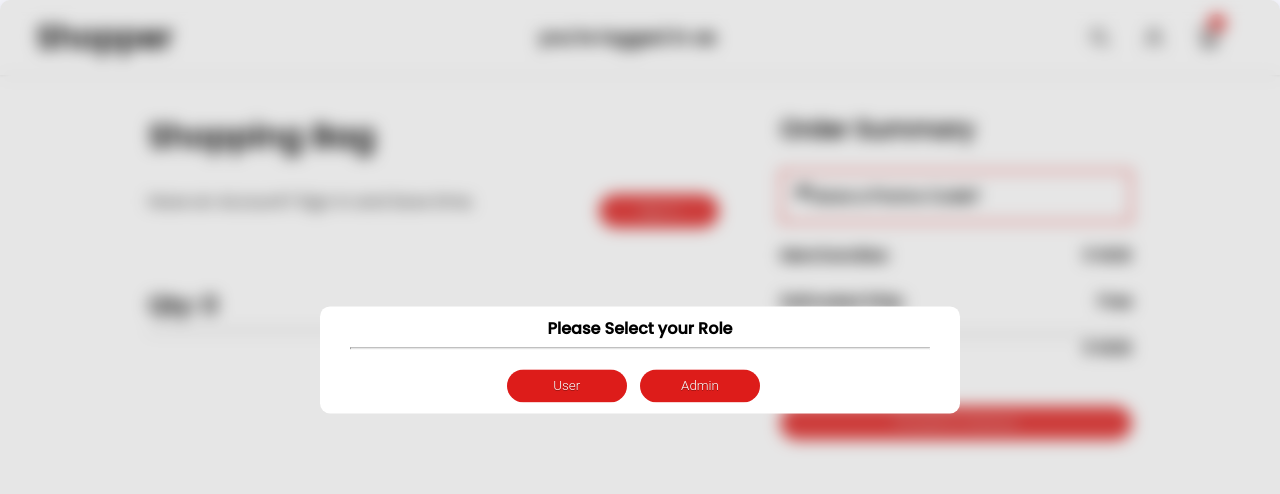
Repository: coolronts/aize-project
Page: /cart
These files come from the project's save history. The page is drawn as it stood at one moment and after the next save; the edit follows.
The browser window is 1280 px wide. The pictures show the whole page.
The project was rebuilt for these pictures with package versions that can differ from the ones it lists, and the page was loaded fresh each time. Also part of the build but not shown: src/App.css, src/components/CartItem/CartItem.tsx, src/components/Card/Card.tsx, src/pages/Shop/shop.module.css, src/pages/Shop/Shop.tsx.

Above is the page before, as saved 2021-09-15 12:24:43.

After the next save:
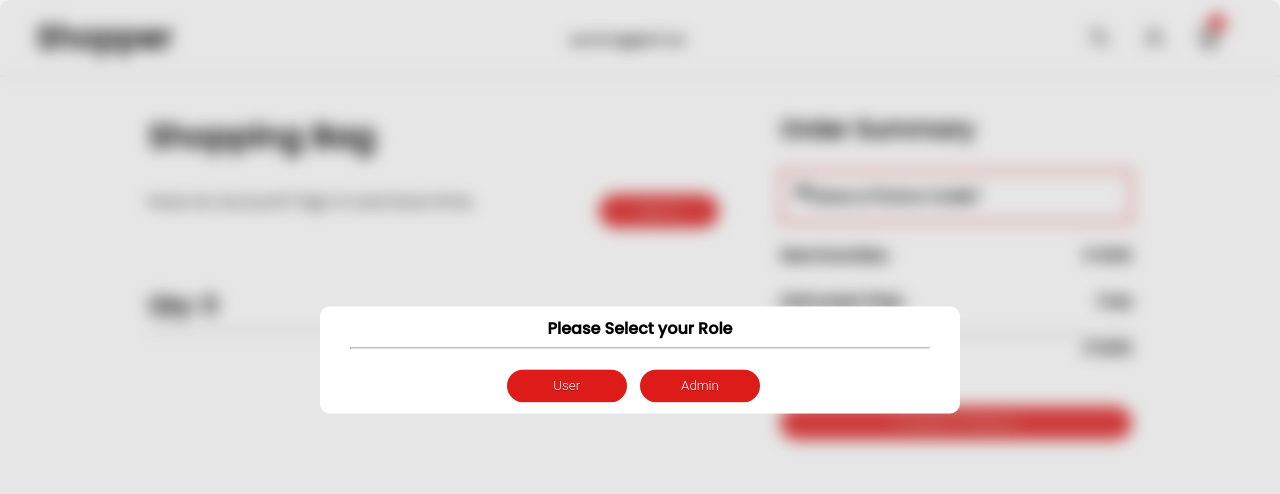
Saved 40 s later.
--- a/src/components/Header/header.module.css
+++ b/src/components/Header/header.module.css
@@ -9,3 +9,8 @@ header {
 .logoContainer {
     display: flex;
 }
+
+.role>span {
+    font-size: 12px;
+    ;
+}
